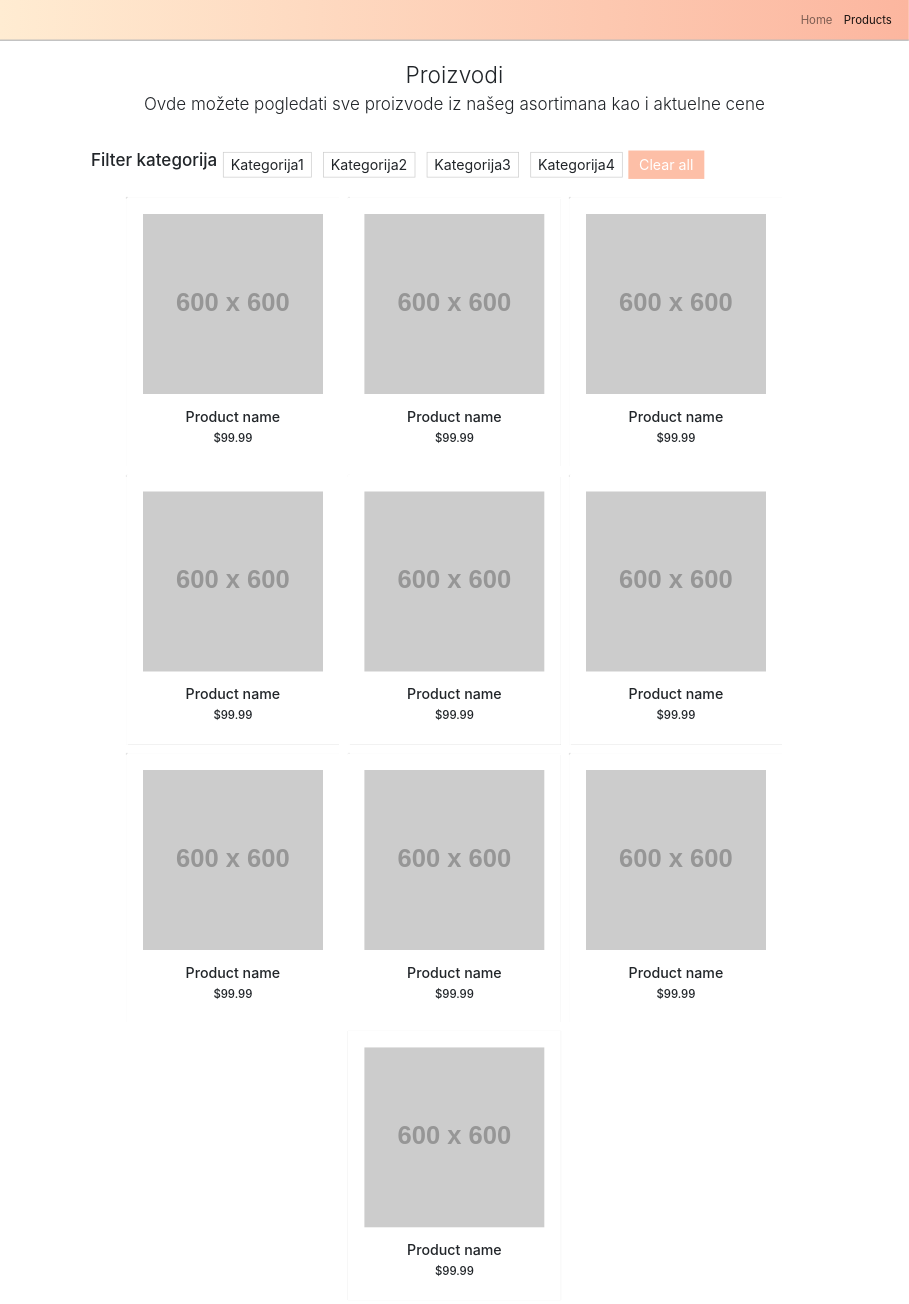
Repository: StevanFilipovic/TemplateForSinglepageWebsite
Page: products.html
The author's editor kept a copy of each file at every save. The page is drawn from the files as they stood at one save, then again after the next save.
The browser window is 1280 px wide. The pictures show the whole page, at 71% of full size.
Some web libraries are served in a nearby version.

Above is the page before, as saved 2018-06-15 11:40:56.

### products.html
<!doctype html>
<html>
<head>
	<meta charset="utf-8">
	<title>One Page Scroll</title>
	<meta name="title" content="Website by Stevan" />
	<meta name="description" content="Proizvodi"/>
    <link rel="shortcut icon" id="favicon" href="">
    <meta name="viewport" content="initial-scale=1, width=device-width, maximum-scale=1, minimum-scale=1, user-scalable=no">
	<link href='http://fonts.googleapis.com/css?family=Open+Sans:300,400,700' rel='stylesheet' type='text/css'>
	<link href='http://fonts.googleapis.com/css?family=Pacifico:400' rel='stylesheet' type='text/css'>
	<script type="text/javascript" src="http://code.jquery.com/jquery-1.9.1.js"></script>
  <link href='products-page-style.css' rel='stylesheet' type='text/css'>
  <!-- Da bi koristili less potrebno je odkomentarisati donje dve linije i uraditi konverziju css-a i ubaciti u dole navedene fajlove -->
  <!-- <link rel="stylesheet/less" type="text/css" href="onepage-scrool.less" /> -->
  <!-- <link rel="stylesheet/less" type="text/css" href="styles.less" /> -->
  <!-- <script src="less.js" type="text/javascript"></script> -->
  <link rel="stylesheet" href="https://stackpath.bootstrapcdn.com/bootstrap/4.1.1/css/bootstrap.min.css" integrity="sha384-WskhaSGFgHYWDcbwN70/dfYBj47jz9qbsMId/iRN3ewGhXQFZCSftd1LZCfmhktB" crossorigin="anonymous">

<script>
    $(document).ready(function() {
  var $products = $('.grid-products'),
      $filters = $("#filters input[type='checkbox']"),
      product_filter = new ProductFilterLevel1($products, $filters);
  product_filter.init();
});

function ProductFilterLevel1(products, filters) {
  var _this = this;

  this.init = function() {
    this.products = products;
    this.filters = filters;
    this.bindEvents();
  };

  this.bindEvents = function() {
    this.filters.click(this.filterGridProducts);
    $('#none').click(this.removeAllFilters);
  };

  this.filterGridProducts = function() {
    _this.products.hide();
    var selectedFilters = _this.filters.filter(':checked');
    if (selectedFilters.length) {
      var selectedFiltersValues = [];
      selectedFilters.each(function() {
        var currentFilter = $(this);
        selectedFiltersValues.push("[data-" + currentFilter.attr('name') + "='" + currentFilter.val() + "']");
      });
      _this.products.filter(selectedFiltersValues.join(',')).show();
    } else {
      _this.products.show();
    }
  };

  this.removeAllFilters = function() {
    _this.filters.prop('checked', false);
    _this.products.show();
  }
}
</script>

</head>
<body>
        <div class="header">
                <nav class="navbar navbar-expand-lg navbar-light">
                  <!-- <a class="navbar-brand" href="#">Navbar</a> -->
                  <button class="navbar-toggler" type="button" data-toggle="collapse" data-target="#navbarNavDropdown" aria-controls="navbarNavDropdown" aria-expanded="false" aria-label="Toggle navigation">
                    <span class="navbar-toggler-icon"></span>
                  </button>
                  <div class="collapse navbar-collapse justify-content-end" id="navbarNavDropdown">
                    <ul class="navbar-nav">
                      <li class="nav-item ">
                        <a class="nav-link" href="index.html">Home </a>
                      </li>
                      <li class="nav-item active">
                        <a class="nav-link" href="products.html">Products<span class="sr-only">(current)</span></a>
                      </li>
                      </li>
                    </ul>
                  </div>
                </nav>
                </div>
<div class="intro-text">
    <h2>Proizvodi</h2>
    <h4>Ovde možete pogledati sve proizvode iz našeg asortimana kao i aktuelne cene</h4>
</div>
<div id="filters" class="products">
    <div class="filter-wrapper">
      <h4>Filter kategorija</h4>

      <input type="checkbox" name="colour" id="category1" value="category1" ></input>
      <label for="category1">Kategorija1</label>

      <input type="checkbox" name="colour" id="category2" value="category2"></input>
      <label for="category2">Kategorija2</label>

      <input type="checkbox" name="colour" id="category3" value="category3"></input>
      <label for="category3">Kategorija3</label>

      <input type="checkbox" name="colour" id="category4" value="category4"></input>
      <label for="category4">Kategorija4</label>

    </div>
    <div>
      <input class="button-clear dugme" type="button" id="none" value="Clear all"></input>
    </div>
  </div>

          <section class="products">
                <div class="product-card grid-products" data-colour="category1">
                    <div class="product-image">
                        <img src="http://via.placeholder.com/600x600">
                    </div>
                    <div class="product-info">
                        <h5>Product name</h5>
                        <h6>$99.99</h6>
                    </div>
                </div>

                <div class="product-card grid-products" data-colour="category1">
                    <div class="product-image">
                        <img src="http://via.placeholder.com/600x600">
                    </div>
                    <div class="product-info">
                        <h5>Product name</h5>
                        <h6>$99.99</h6>
                    </div>
                </div>

                <div class="product-card grid-products" data-colour="category2">
                    <div class="product-image">
                        <img src="http://via.placeholder.com/600x600">
                    </div>
                    <div class="product-info">
                        <h5>Product name</h5>
                        <h6>$99.99</h6>
                    </div>
                </div>

                <div class="product-card grid-products" data-colour="category2">
                    <div class="product-image">
                        <img src="http://via.placeholder.com/600x600">
                    </div>
                    <div class="product-info">
                        <h5>Product name</h5>
                        <h6>$99.99</h6>
                    </div>
                </div>

                <div class="product-card grid-products" data-colour="category3">
                    <div class="product-image">
                        <img src="http://via.placeholder.com/600x600">
                    </div>
                    <div class="product-info">
                        <h5>Product name</h5>
                        <h6>$99.99</h6>
                    </div>
                </div>

                <div class="product-card grid-products" data-colour="category3">
                    <div class="product-image">
                        <img src="http://via.placeholder.com/600x600">
                    </div>
                    <div class="product-info">
                        <h5>Product name</h5>
                        <h6>$99.99</h6>
                    </div>
                </div>

                <div class="product-card grid-products" data-colour="category3">
                    <div class="product-image">
                        <img src="http://via.placeholder.com/600x600">
                    </div>
                    <div class="product-info">
                        <h5>Product name</h5>
                        <h6>$99.99</h6>
                    </div>
                </div>

                <div class="product-card grid-products" data-colour="category4">
                    <div class="product-image">
                        <img src="http://via.placeholder.com/600x600">
                    </div>
                    <div class="product-info">
                        <h5>Product name</h5>
                        <h6>$99.99</h6>
                    </div>
                </div>

                <div class="product-card grid-products" data-colour="category4">
                    <div class="product-image">
                        <img src="http://via.placeholder.com/600x600">
                    </div>
                    <div class="product-info">
                        <h5>Product name</h5>
                        <h6>$99.99</h6>
                    </div>
                </div>

                <div class="product-card grid-products" data-colour="category4">
                    <div class="product-image">
                        <img src="http://via.placeholder.com/600x600">
                    </div>
                    <div class="product-info">
                        <h5>Product name</h5>
                        <h6>$99.99</h6>
                    </div>
                </div>

            </section>

</body>
</html>

### products-page-style.css
.header{
    background-image: linear-gradient(to right, #ffecd2 0%, #fcb69f 100%);
    border-bottom: 1px solid gray;
}
.intro-text{
  margin: 30px auto 50px;
}
.intro-text h2, .intro-text h4{
  text-align: center;
    font-weight: 300;
}
.products {
	display: flex;
    flex-wrap: wrap;
    width: 90%;
    margin: auto;
    justify-content: center;
}
#filters{
  margin-bottom: 20px;
  justify-content: start;
  width: 80%;
}

.product-card {
	display: flex;
	flex-direction: column;
    max-width: 300px;
	padding: 2%;
  /* flex: 1 16%; */
  margin: 6px;

	background-color: #FFF;
	box-shadow: 0px 0px 1px 0px rgba(0,0,0,0.25);
}

.product-image img {
	width: 100%;
}

.product-info {
	margin-top: auto;
	padding-top: 20px;
	text-align: center;
}

@media ( max-width: 920px ) {

	/* .product-card {
		flex: 1 21%;
	} */

	/* .products .product-card:first-child,
	.products .product-card:nth-child(2) {
		flex: 2 46%;
	} */

}

@media ( max-width: 600px ) {

	/* .product-card {
		flex: 1 46%;
	} */

}

@media ( max-width: 480px ) {

	h1 {
		margin-bottom: 20px;
	}

	.product-filter {
		flex-direction: column;
	}

	.sort {
		align-self: flex-start;
	}

}


/* Checkmark */

/* Customize the label (the container) */
.filter-wrapper input[type=checkbox]{
  display: none;
}


.filter-category{
  border: 1px solid #cccccc;
  padding: 2px 10px;
  margin: auto 8px;
}

input[type=checkbox] + label {
  display: block;
  position: relative;
  margin: auto 8px;
  cursor: pointer;
  font-size: 20px;
  -webkit-user-select: none;
  -moz-user-select: none;
  -ms-user-select: none;
  user-select: none;
  border: 1px solid #cccccc;
  padding: 2px 10px;
}
input[type=checkbox]:checked + label {
  background: #fdbfa7;
  border: 1px solid #fdbfa7;
  color: white;
}

input[type=checkbox]:hover + label {
  border: 1px solid #fdbfa7;
}




  /* Hide the browser's default checkbox */
  .filter-container input {
    position: absolute;
    opacity: 0;
    cursor: pointer;
  }

  /* Create a custom checkbox */
  .checkmark {
    position: absolute;
    top: 0;
    left: 0;
    height: 30px;
    width: 30px;
    background-color: #eee;
    display: none;
  }

  /* On mouse-over, add a grey background color */
  .filter-container:hover input ~ .checkmark {
    background-color: #ccc;
  }

  /* When the checkbox is checked, add a blue background */
  .filter-container input:checked ~ .checkmark {
    background-color: #fdbfa7;
  }

  /* Create the checkmark/indicator (hidden when not checked) */
  .checkmark:after {
    content: "";
    position: absolute;
    display: none;
  }

  /* Show the checkmark when checked */
  .filter-container input:checked ~ .checkmark:after {
    display: block;
  }

  /* Style the checkmark/indicator */
  .filter-container .checkmark:after {
    left: 9px;
    top: 5px;
    width: 10px;
    height: 15px;
    border: solid white;
    border-width: 0 3px 3px 0;
    -webkit-transform: rotate(45deg);
    -ms-transform: rotate(45deg);
    transform: rotate(45deg);
  }

  .filter-wrapper{
      display: contents;
      margin-bottom: 15px;
  }

  .button-clear{
    background: #FDBFA7;
    font-size: 20px;
    color: white;
    border-style: none;
    cursor: pointer;
    padding: 5px 15px;
  }

After the next save:
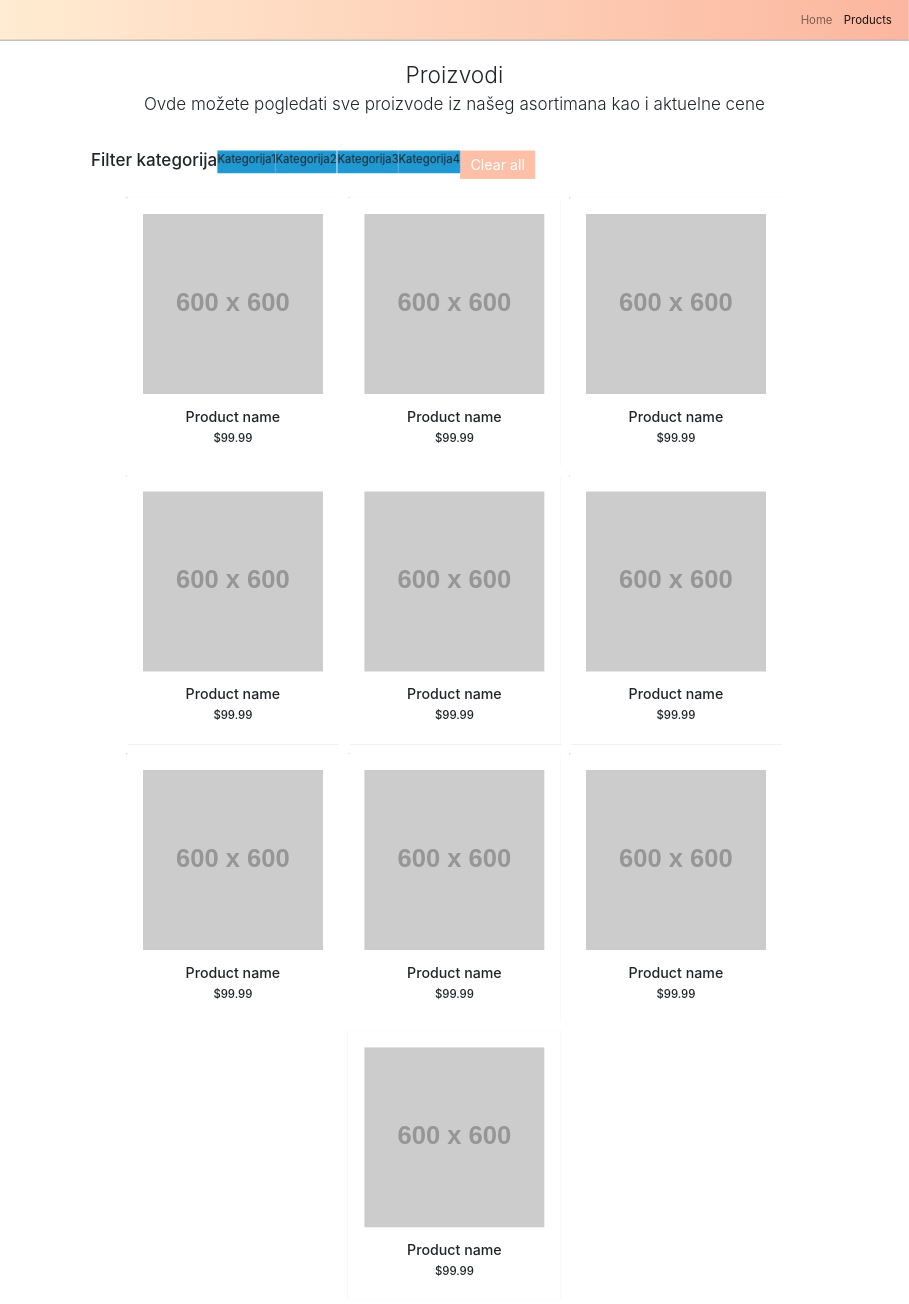
Saved 2 min 59 s later.
--- a/products-page-style.css
+++ b/products-page-style.css
@@ -97,17 +97,17 @@
 }
 
 input[type=checkbox] + label {
-  display: block;
+  display: inline-block;
+  vertical-align: middle;
+  -webkit-transform: perspective(1px) translateZ(0);
+  transform: perspective(1px) translateZ(0);
+  box-shadow: 0 0 1px rgba(0, 0, 0, 0);
   position: relative;
-  margin: auto 8px;
-  cursor: pointer;
-  font-size: 20px;
-  -webkit-user-select: none;
-  -moz-user-select: none;
-  -ms-user-select: none;
-  user-select: none;
-  border: 1px solid #cccccc;
-  padding: 2px 10px;
+  background: #2098D1;
+  -webkit-transition-property: color;
+  transition-property: color;
+  -webkit-transition-duration: 0.3s;
+  transition-duration: 0.3s;
 }
 input[type=checkbox]:checked + label {
   background: #fdbfa7;

After the 2 saves that followed:
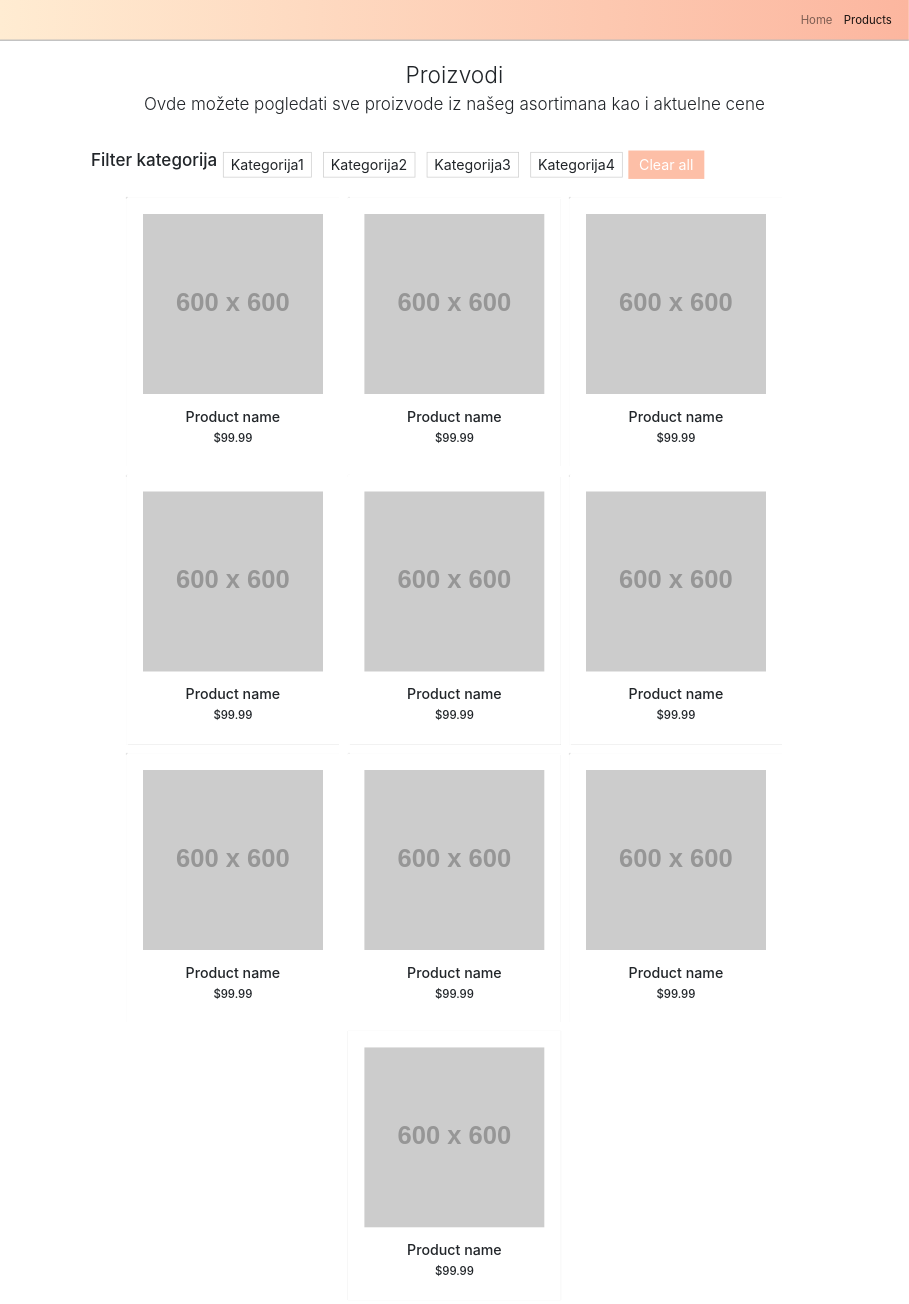
The 2 saves are shown as one change because 1 left the picture as it was.
The last was saved 2 min 2 s later.
--- a/products-page-style.css
+++ b/products-page-style.css
@@ -97,17 +97,17 @@
 }
 
 input[type=checkbox] + label {
-  display: inline-block;
-  vertical-align: middle;
-  -webkit-transform: perspective(1px) translateZ(0);
-  transform: perspective(1px) translateZ(0);
-  box-shadow: 0 0 1px rgba(0, 0, 0, 0);
+  display: block;
   position: relative;
-  background: #2098D1;
-  -webkit-transition-property: color;
-  transition-property: color;
-  -webkit-transition-duration: 0.3s;
-  transition-duration: 0.3s;
+  margin: auto 8px;
+  cursor: pointer;
+  font-size: 20px;
+  -webkit-user-select: none;
+  -moz-user-select: none;
+  -ms-user-select: none;
+  user-select: none;
+  border: 1px solid #cccccc;
+  padding: 2px 10px;
 }
 input[type=checkbox]:checked + label {
   background: #fdbfa7;
